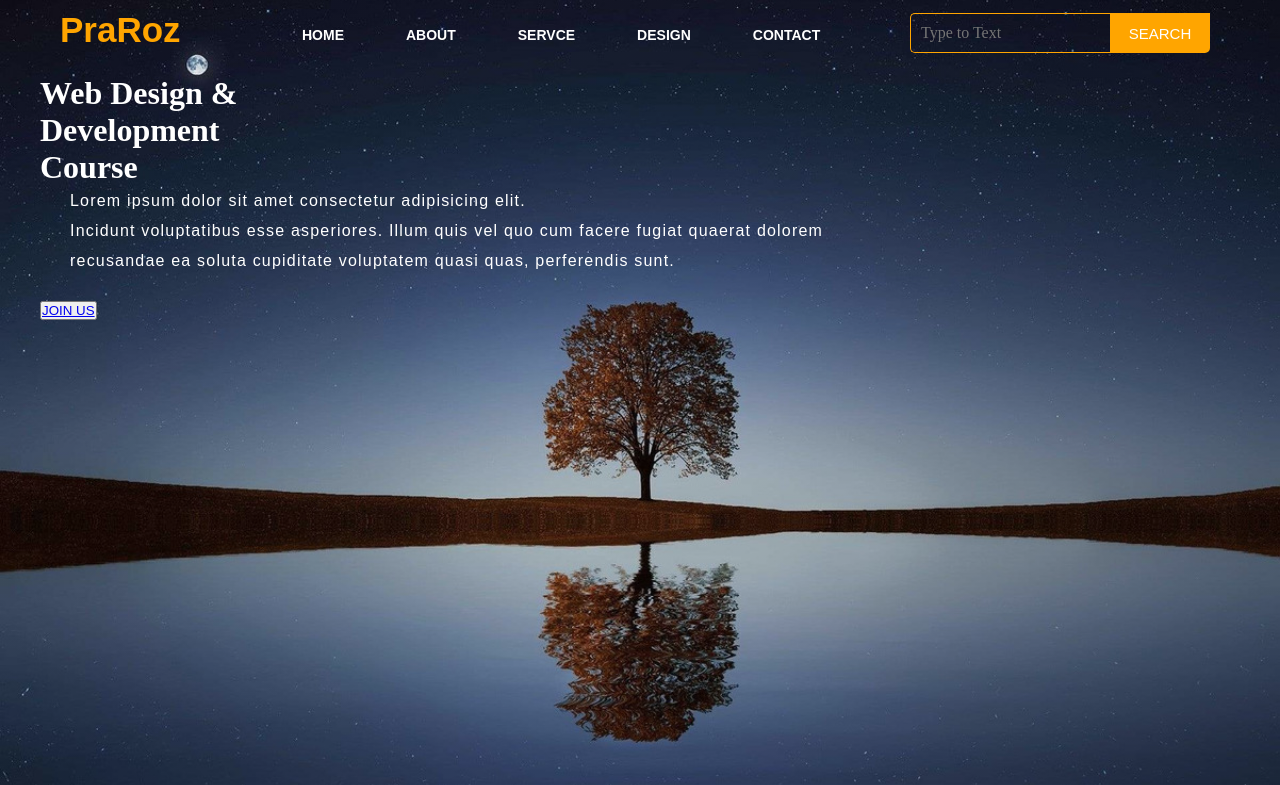
Repository: HuynhDuc23/project3
Page: index.html
An editor plug-in stored every save of this project. The page is shown before and after the next save, followed by the edit.
The browser window is 1280 px wide. The pictures show the whole page.

Above is the page before, as saved 2023-05-04 15:07:30.

After the next save:
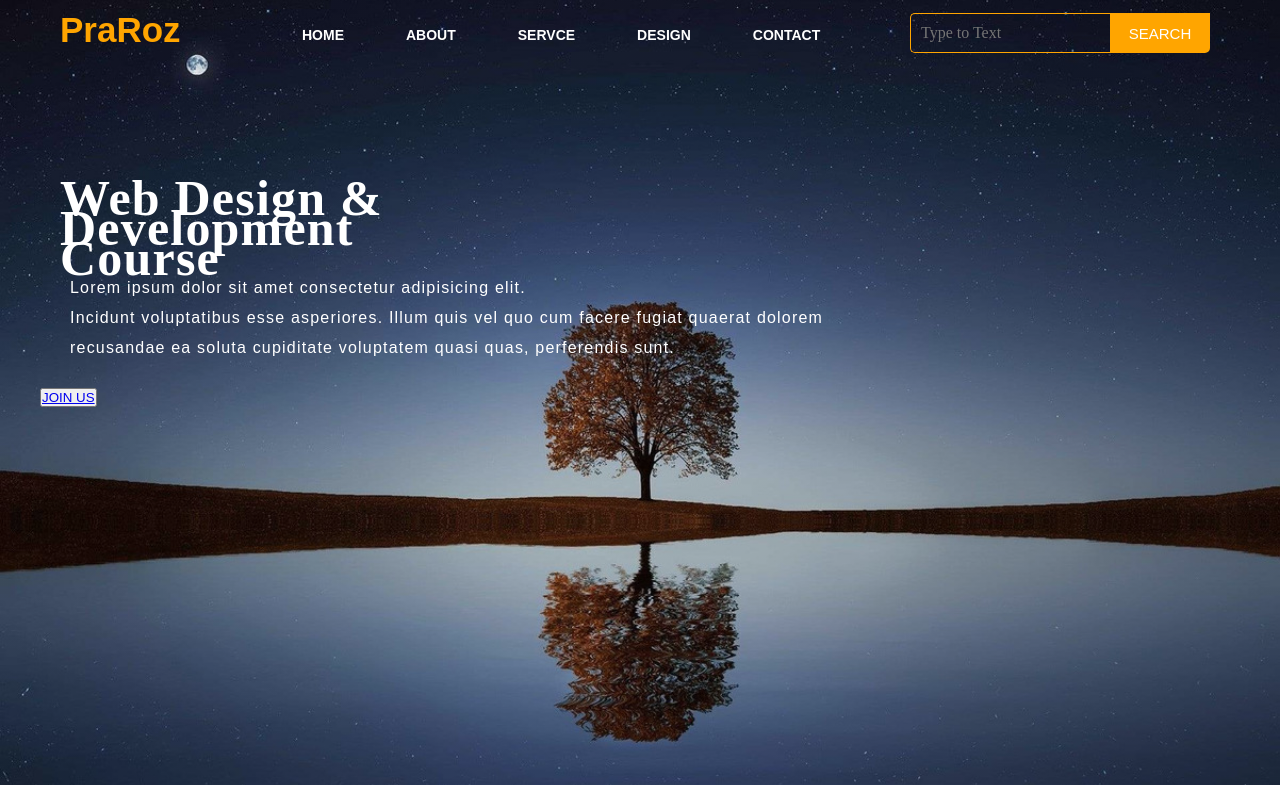
Saved 2 min 46 s later.
--- a/style.css
+++ b/style.css
@@ -116,3 +116,11 @@ ul li a:hover {
     letter-spacing: 1.2px;
     line-height: 30px;
 }
+.content h1 {
+    font-size: 50px;
+    font-family: 'Times New Roman', Times, serif;
+    padding-left: 20px;
+    padding-top: 9%;
+    letter-spacing: 1.2px;
+    line-height: 30px;
+}
